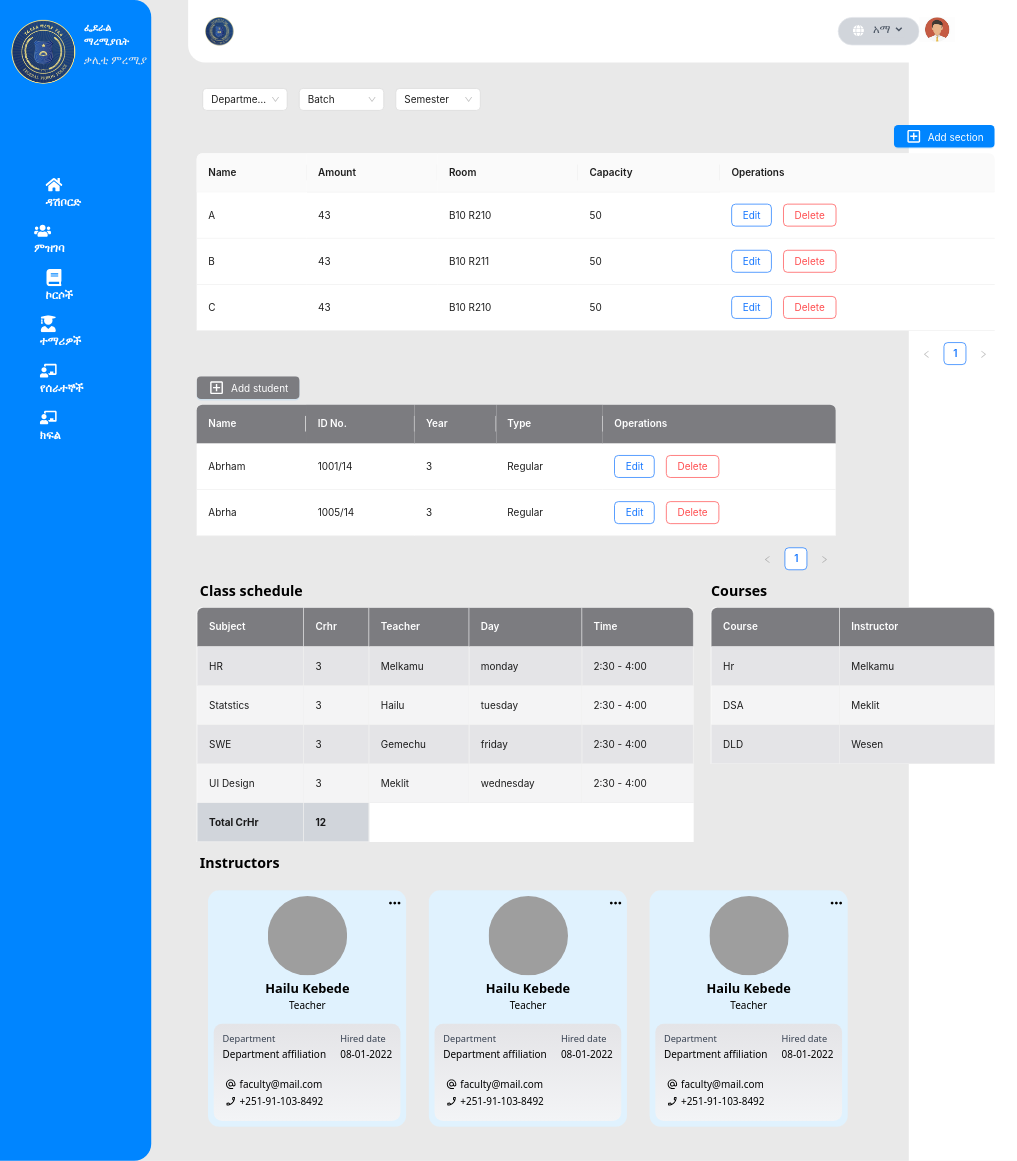
Repository: Yigoya/federal-prison-education-ms-frontend
Page: /classroom, after clicking the first element matching `td.ant-table-cell > a`
These files come from the project's save history. The page is drawn as it stood at one moment and after a run of saves; the edit follows.
The browser window is 1280 px wide. The page is 1433 px wide, so the pictures cover 1433 px, including what lies to the right of the window. The pictures show the whole page, at 71% of full size.
Pictures or frames that could not be fetched are drawn as grey boxes. The project was rebuilt for these pictures with package versions that can differ from the ones it lists, and the page was loaded fresh each time. Also part of the build but not shown: vite.config.js, src/pages/DashBoard.jsx, src/pages/Courses.jsx, src/layout/AuthLayout.jsx, src/pages/Login.jsx, src/pages/Teachers.jsx, src/pages/StudentRegistration.jsx, src/components/classroom/ComboBox.jsx and 1 more. Imported but missing from the stored project, and not drawn on this page: src/pages/Students.

Above is the page before, as saved 2024-07-05 15:16:48.

After the next 2 saves:
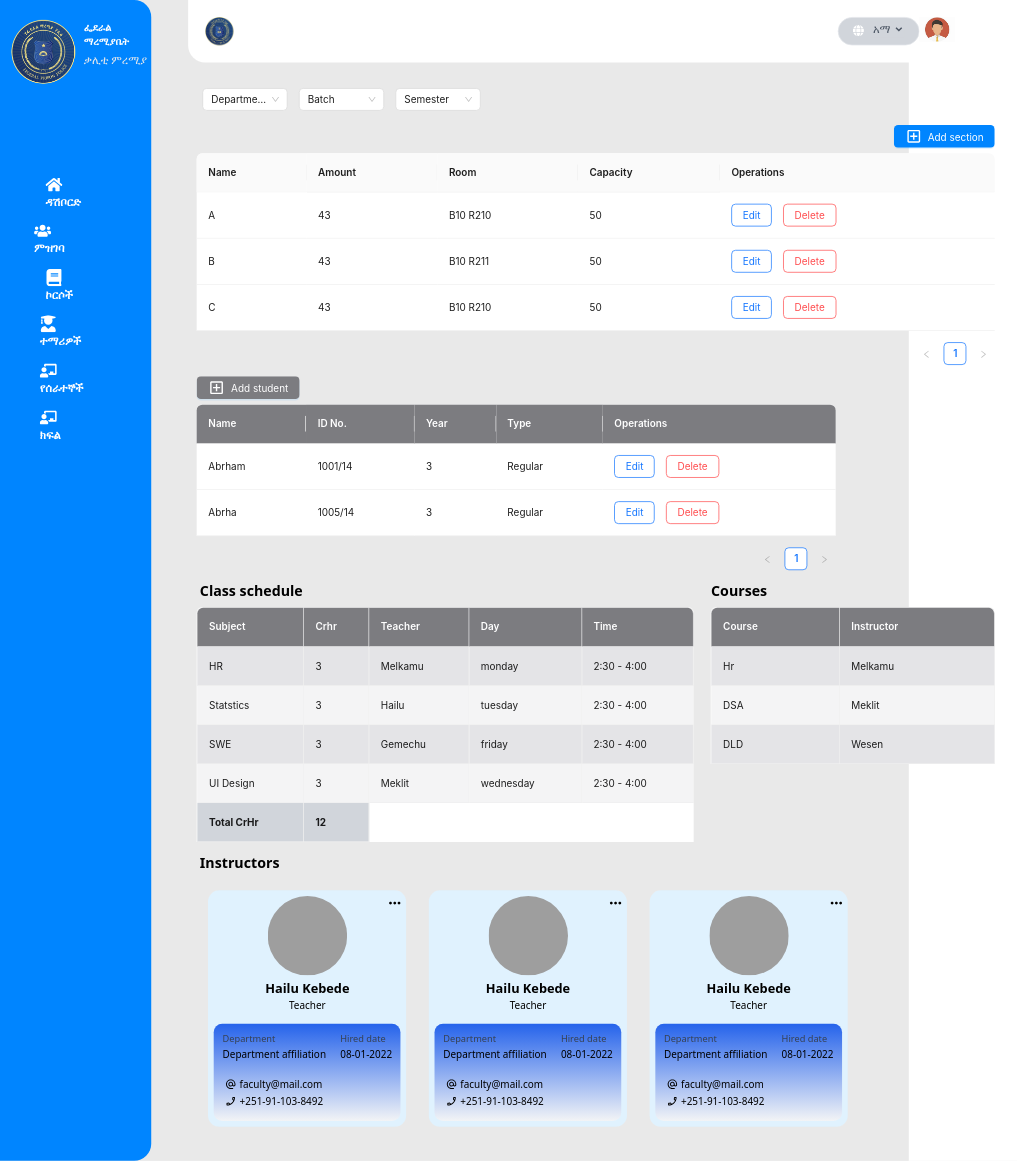
The 2 saves are shown as one change because they came seconds apart.
The last was saved 15 s later.
--- a/src/components/classroom/InstructorDetails.jsx
+++ b/src/components/classroom/InstructorDetails.jsx
@@ -23,7 +23,7 @@
       </div>
 
       {/* Additional info */}
-      <div className="bg-gradient-to-b from-zinc-200 to-gray-100 rounded-xl w-full p-3 leading-3.5 mt-4">
+      <div className="bg-gradient-to-b from-blue-600 to-gray-100 rounded-xl w-full p-3 leading-3.5 mt-4">
         <div className="flex gap-5">
           <div>
             <p className="text-[13px] text-gray-700">Department</p>
